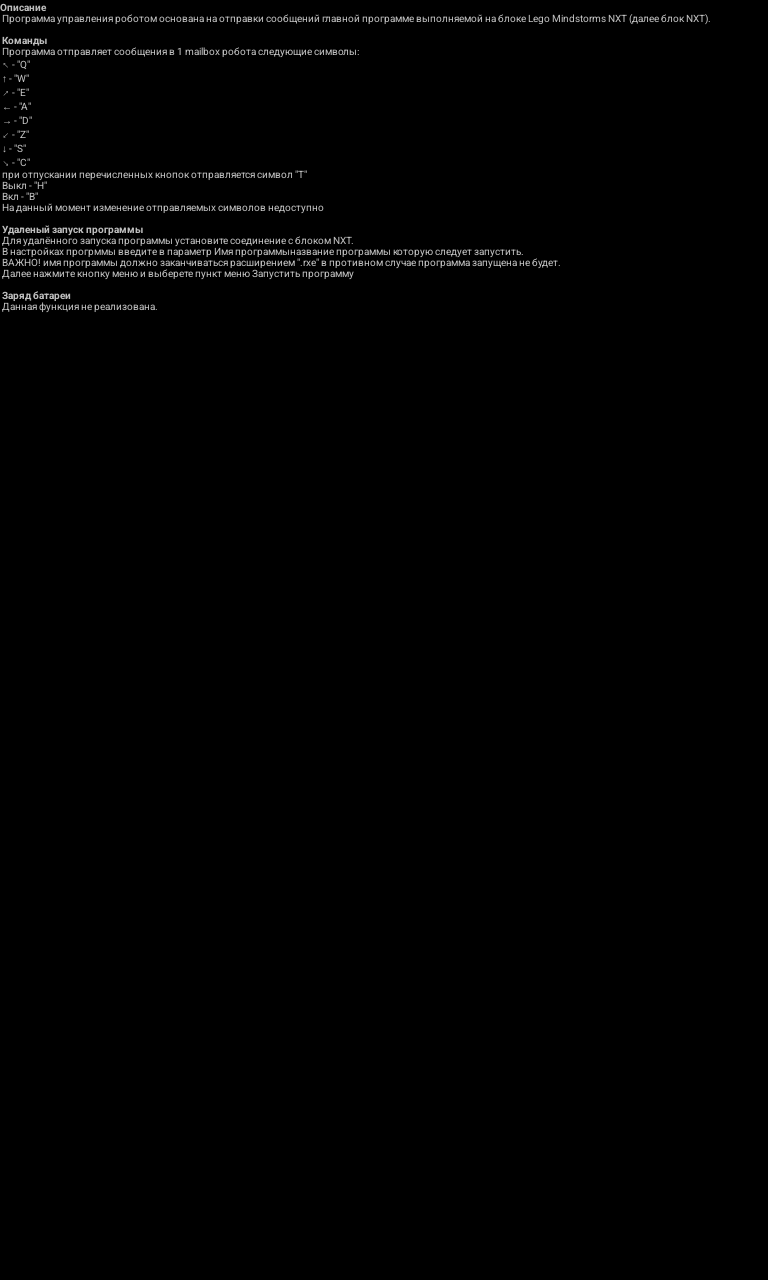
Repository: ssbayanov/panhandlerNXT
Layout: poproshaika/res/layout/help.xml
These files come from the project's save history. The layout is drawn as it stood at one moment and after the next save; the edit follows.
It is drawn on a 768 x 1280 px phone screen (xhdpi) without system bars, with theme android:Theme; the app's code is not run.

Above is the layout before, as saved 2012-11-06 07:39:12.

After the next save:
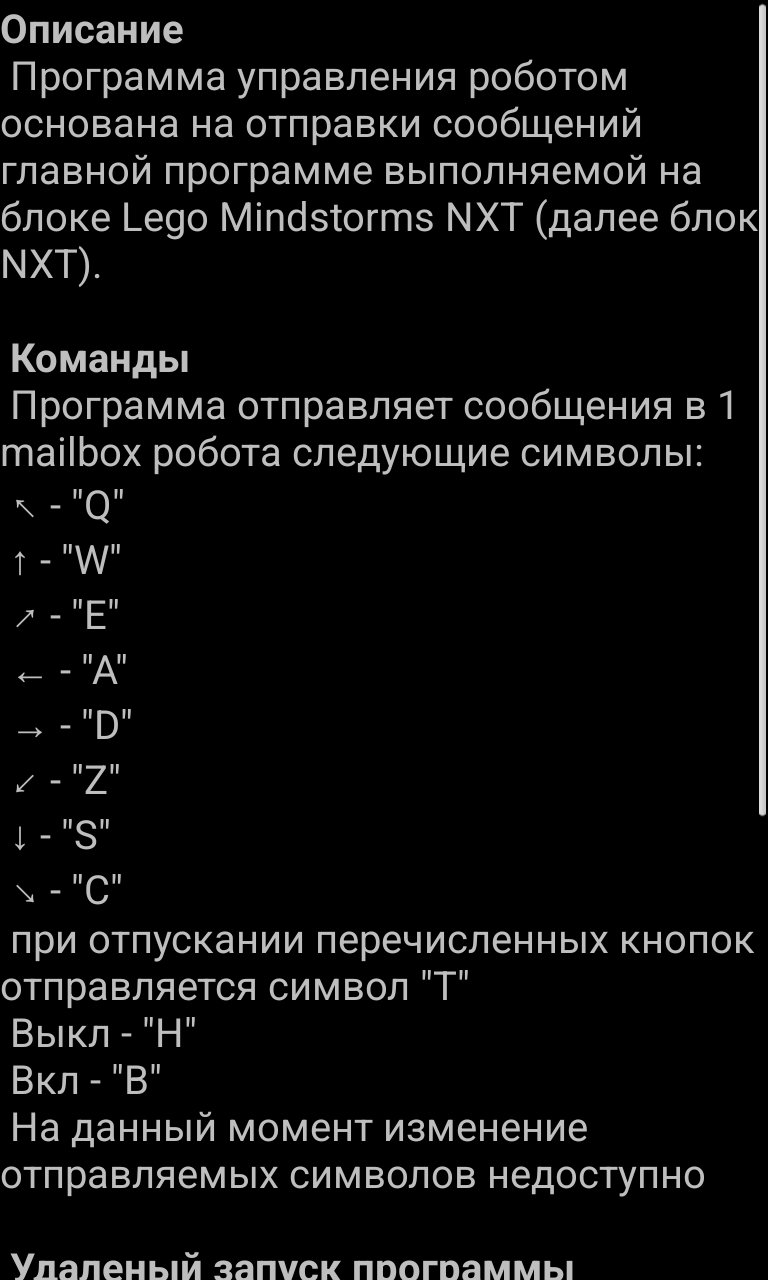
Saved 20 s later.
--- a/poproshaika/res/layout/help.xml
+++ b/poproshaika/res/layout/help.xml
@@ -16,7 +16,7 @@
                 android:layout_height="wrap_content"
                 android:gravity="top"
                 android:text="@string/help_content"
-                android:textSize="5dp"/>
+                android:textSize="20dp"/>
 
 
 
